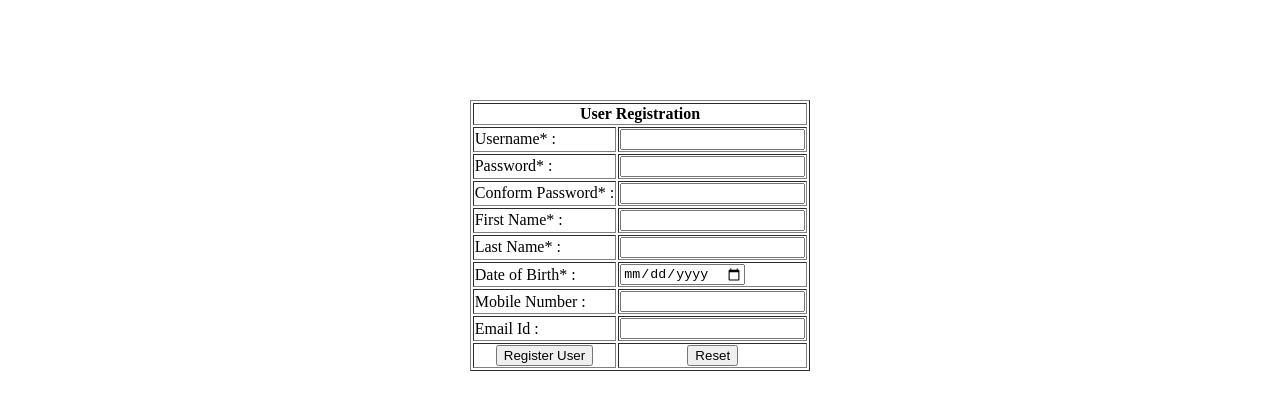
Repository: KanimozhiThandapani/Phase2AirlineBookingProject
Page: http://localhost/AirlineBooking/registrationPage.jsp
An editor plug-in stored every save of this project. The page is shown before and after the next save, followed by the edit.
The browser window is 1280 px wide. The pictures show the whole page.
The page is served by Tomcat 9.

Above is the page before, as saved 2022-04-21 13:19:15.

After the next save:
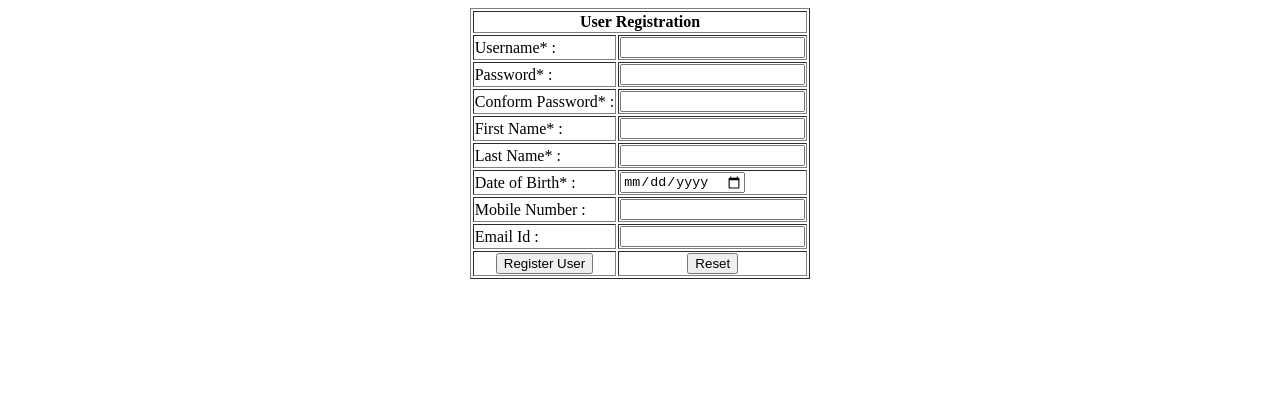
Saved 42 s later.
--- a/AirlineBooking/WebContent/registrationPage.jsp
+++ b/AirlineBooking/WebContent/registrationPage.jsp
@@ -7,14 +7,7 @@
 <title>User Registration</title>
 </head>
 <body>
-	</br></br></br></br>
-	<h2 align="center">
-	<% if(request.getAttribute("msg2") != null) { %>
-		<p style="color: red">
-			<%= request.getAttribute("msg2") %>
-		</p>
-	<% } %>
-	</h2>
+
 	<div align="center">
 		<form action="userRegistration" method="post">
 			<table align="center" border="1">
